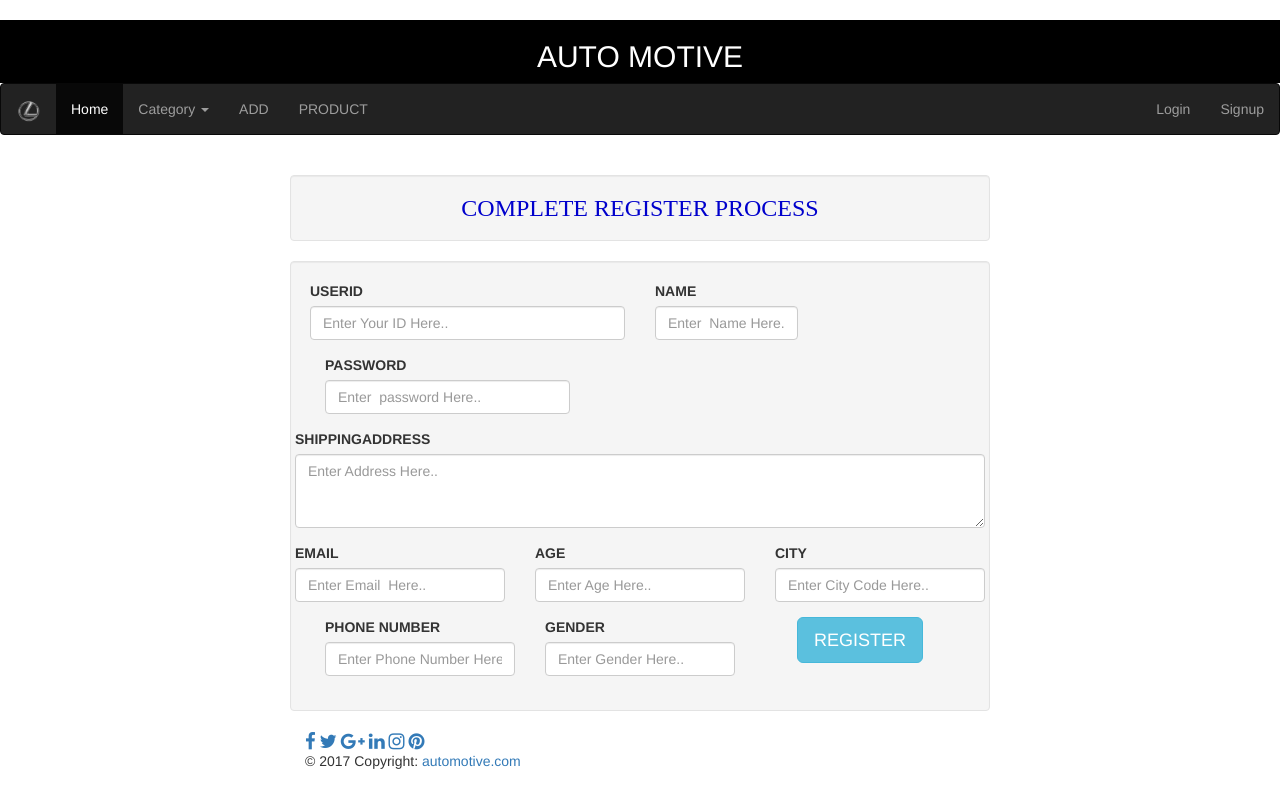
Repository: kavintech/DTProject
Page: http://localhost/Ecommerce_frontend/WEB-INF/views/registerpage.jsp
The author's editor kept a copy of each file at every save. The page is drawn from the files as they stood at one save, then again after the next save.
The browser window is 1280 px wide. The pictures show the whole page.
Some web libraries are served in a nearby version. The page is served by Tomcat 9. Nobody is signed in. The template is opened directly, without the code that normally fills it, so the values that code supplies are empty.

Above is the page before, as saved 2017-11-27 07:32:43.

After the next save:
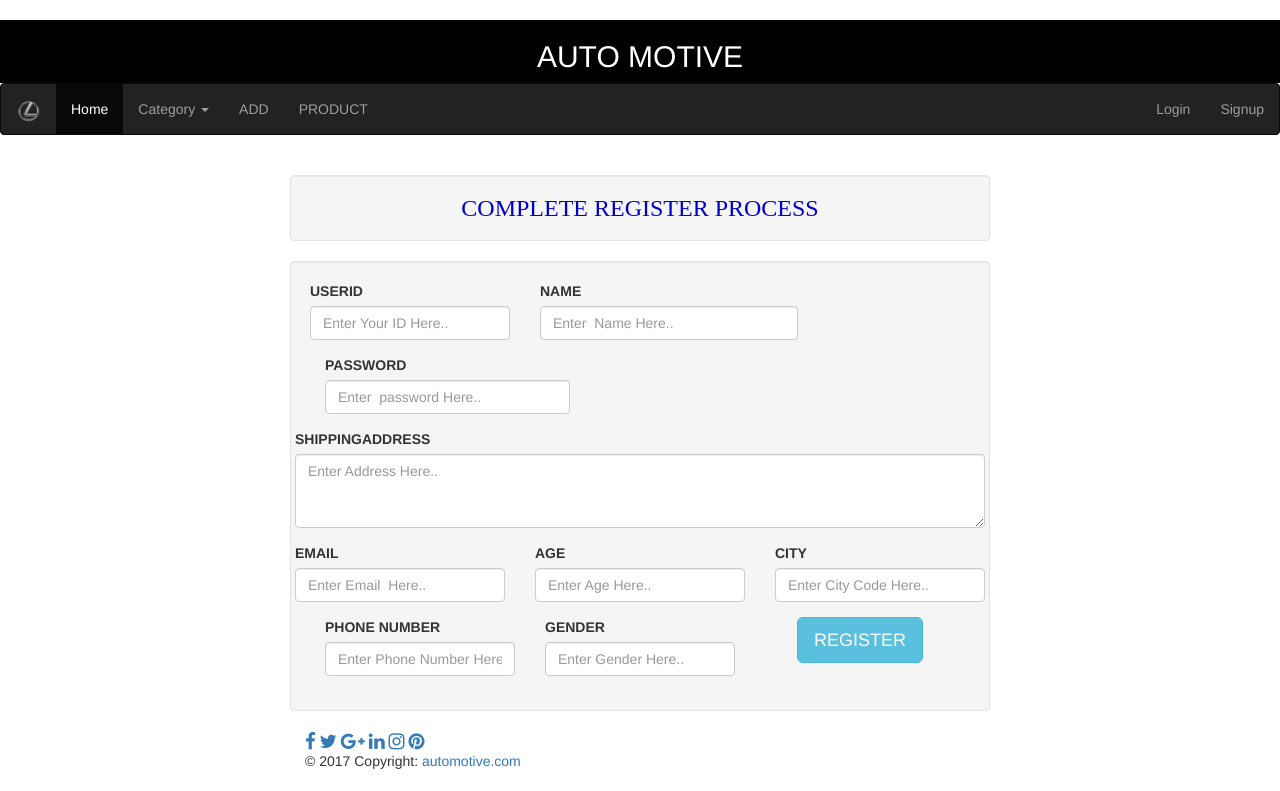
Saved 23 s later.
--- a/Ecommerce_frontend/src/main/webapp/WEB-INF/views/registerpage.jsp
+++ b/Ecommerce_frontend/src/main/webapp/WEB-INF/views/registerpage.jsp
@@ -28,12 +28,12 @@
 				<form  action="registerpage" method="post">
 					<div class="col-sm-12">
 						<div class="row">
-							<div class="col-sm-6 form-group">
+							<div class="col-sm-4 form-group">
 
 								<label>USERID</label>
 								<input type="text" placeholder="Enter Your ID Here.." class="form-control" pattern="[0-9]+" required name="userid">
 							</div>
-							<div class="col-sm-3 form-group">
+							<div class="col-sm-5 form-group">
 								<label>NAME</label>
 								<input type="text" placeholder="Enter  Name Here.." class="form-control" pattern="^[a-zA-Z][a-zA-Z0-9-_\.]{1,20}$" required name="username">
 							</div>
